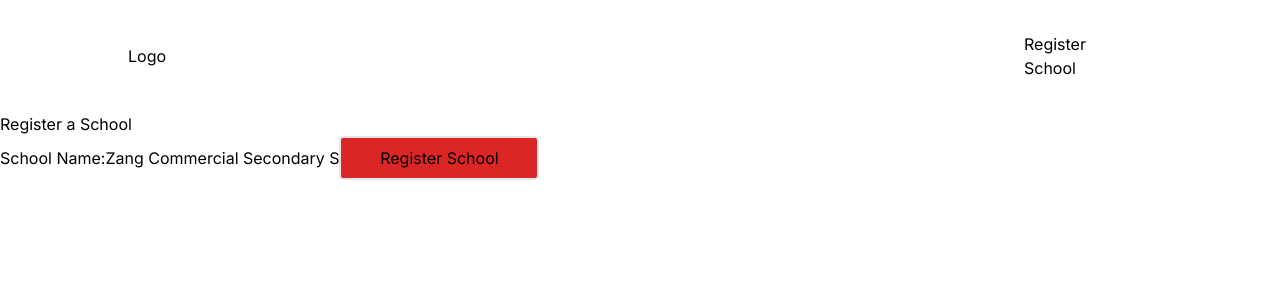
Repository: marcusdashe/fullstack-ts
Page: /school
These files come from the project's save history. The page is drawn as it stood at one moment and after the next save; the edit follows.
The browser window is 1280 px wide. The pictures show the whole page.
The page's requests for data from a server got no answer. The project was rebuilt for these pictures with package versions that can differ from the ones it lists, and the page was loaded fresh each time. The framework's server and built-in components were replaced by stand-ins that run in the browser. No one was signed in, and anything a server would have sent is missing. Also part of the build but not shown: next.config.js.

Above is the page before, as saved 2023-07-28 09:39:32.

### app/layout.tsx
import "./globals.css";
import type { Metadata } from "next";
import { Inter } from "next/font/google";
import Navbar from "./components/NavBar";

const inter = Inter({
  weight: ["400", "600"],
  subsets: ["latin"],
});

export const metadata: Metadata = {
  title: "SMP",
  description: "School Management System for Secondary School",
  keywords: ["smp", "lms", "marcus"],
};

export default function RootLayout({
  children,
}: {
  children: React.ReactNode;
}) {
  return (
    <html lang="en">
      <body className={inter.className}>
        <Navbar />
        {children}
      </body>
    </html>
  );
}

### app/school/page.tsx
"use client";

import { useState } from "react";
import SchoolService, { School } from "../services/api/school.service";

const RegisterSchoolPage: React.FC = () => {
  const initialFormData: School = {
    schoolName: "Zang Commercial Secondary School",
    schoolAddress: "Bukuru Road Opposite Tetengi Estate",
    schoolPhoneNumber: "08034477604",
    schoolWebsite: "www.zangcommercial.com",
    schoolEmail: "contact@zangcommercial.com",
    schoolLogo: "",
  };

  const [formData, setFormData] = useState<School>(initialFormData);

  const handleChange = (e: React.ChangeEvent<HTMLInputElement>) => {
    const { name, value } = e.target;
    setFormData((prevFormData) => ({
      ...prevFormData,
      [name]: value,
    }));
  };

  const handleSubmit = async (e: React.FormEvent) => {
    e.preventDefault();
    try {
      await SchoolService.registerSchool(formData);

      console.log("School registered successfully");
      setFormData(initialFormData);
    } catch (error) {
      console.error("Error registering school:", error);
    }
  };

  return (
    <div>
      <h1>Register a School</h1>

      <form onSubmit={handleSubmit}>
        <label>
          School Name:
          <input
            type="text"
            name="school"
            value={formData.schoolName}
            onChange={handleChange}
          />
        </label>
        <button
          type="submit"
          className="border-2 bg-red-600 rounded p-2 w-[200px]  "
        >
          Register School
        </button>
      </form>
    </div>
  );
};

export default RegisterSchoolPage;

### app/components/NavBar.tsx
"use client";

import React from "react";
import { useRouter } from "next/router";
import Link from "next/link";
// import Logo from "./Logo";
// import { TwitterIcon, GithubIcon, LinkedInIcon } from "./Icons";
// import { motion } from "framer-motion";

type CustomLinkProps = {
  href: string;
  title: string;
  className: string | object;
};

const CustomLink = ({ href, title, className = "" }: CustomLinkProps) => {
  //   const router = useRouter();

  return (
    <Link href={href} className={`${className} relative group`}>
      {title}
      <span
        className={`h-[1px] inline-block bg-dark absolute left-0 -bottom-0.5 group-hover:w-full transition-[width] ease duration-300 ${
          "w-0" //   router.asPath === href ? "w-full" : "w-0"
        }`}
      >
        &nbsp;
      </span>
    </Link>
  );
};

const Navbar: React.FC = () => {
  return (
    <header
      className="w-full px-32 py-8 font-medium
            flex items-center justify-between sticky top-0 z-10 bg-white"
    >
      <nav>
        <CustomLink href="/" title="Logo" className="mr-4" />
        {/* <CustomLink href="/about" title="About" className="mx-4" /> */}
      </nav>

      <nav className="flex items-center justify-center flex-wrap">
        <a
          href="https://www.twitter.com/marcusdashe"
          target={"_blank"}
          className="w-8 mx-3"
        >
          Register School
        </a>
        <a
          href="https://www.linkedin.com/in/marcus-dashe-15a088202"
          target={"_blank"}
          className="w-6 mx-3"
        ></a>
        <a
          href="https://www.github.com/marcusdashe"
          target={"_blank"}
          className="w-6 ml-3"
        >
          {/* <GithubIcon /> */}
        </a>
      </nav>
      <div className="absolute left-[50%] top-2 translate-x-[-50]">
        {/* <Logo /> */}
      </div>
    </header>
  );
};

export default Navbar;

### app/services/api/school.service.ts
import axios, { AxiosResponse } from "axios";
import config from "../config";

export interface School {
  schoolName: string;
  schoolAddress: string;
  schoolPhoneNumber: string;
  schoolWebsite: string;
  schoolEmail: string;
  schoolLogo: string;
}

const API_URL: string = config.API_BASE_URL;

class SchoolService {
  static client = axios.create({
    baseURL: API_URL,
  });

  async registerSchool(school: School): Promise<AxiosResponse<School>> {
    const response = await SchoolService.client.post<School>(
      "/schools/create",
      school
    );
    return response;
  }

  async fetchAllSchools(): Promise<AxiosResponse<School[]>> {
    const response = await SchoolService.client.get<School[]>("/schools/all");
    return response;
  }

  async fetchSchoolById(id: number): Promise<AxiosResponse<School>> {
    const response = await SchoolService.client.get<School>(`/school/${id}`);
    return response;
  }

  async updateSchool6(
    school: School,
    id: number
  ): Promise<AxiosResponse<School>> {
    const response = await SchoolService.client.put<School>(
      `/schools/${id}`,
      school
    );
    return response;
  }

  async delSchoolById(id: number): Promise<AxiosResponse<void>> {
    const response = await SchoolService.client.delete<void>(`/schools/${id}`);
    return response;
  }

  async fetchSchoolByName(schoolName: string): Promise<AxiosResponse<School>> {
    const response = await SchoolService.client.get<School>(
      `/schools/byName/${schoolName}`
    );
    return response;
  }

  async fetchSchoolByPhoneNumber(
    phoneNumber: string
  ): Promise<AxiosResponse<School>> {
    const response = await SchoolService.client.get<School>(
      `/schools/byPhoneNumber/${phoneNumber}`
    );
    return response;
  }

  async fetchSchoolByWebsite(
    schoolWebsite: string
  ): Promise<AxiosResponse<School>> {
    const response = await SchoolService.client.get<School>(
      `/schools/byWebsite/${schoolWebsite}`
    );
    return response;
  }

  async fetchSchoolByEmail(email: string): Promise<AxiosResponse<School>> {
    const response = await SchoolService.client.get<School>(
      `/schools/byEmail/${email}`
    );
    return response;
  }
}

export default new SchoolService();

### app/services/config.ts
export default {
  API_BASE_URL:
    `${process.env.NEXT_PUBLIC_BACKEND_BASE_URL}/api-v1` ||
    "http://localhost:8000/api-v1",
};

Loaded but not shown: app/globals.css (common file); tailwind.config.js (common file)

After the next save:
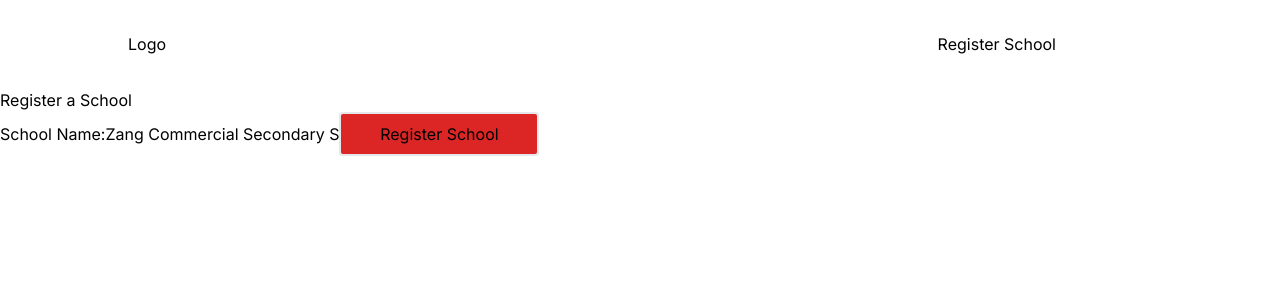
Saved 22 s later.
--- a/app/components/NavBar.tsx
+++ b/app/components/NavBar.tsx
@@ -45,7 +45,7 @@ const Navbar: React.FC = () => {
         <a
           href="https://www.twitter.com/marcusdashe"
           target={"_blank"}
-          className="w-8 mx-3"
+          className="w-max-content mx-3"
         >
           Register School
         </a>
